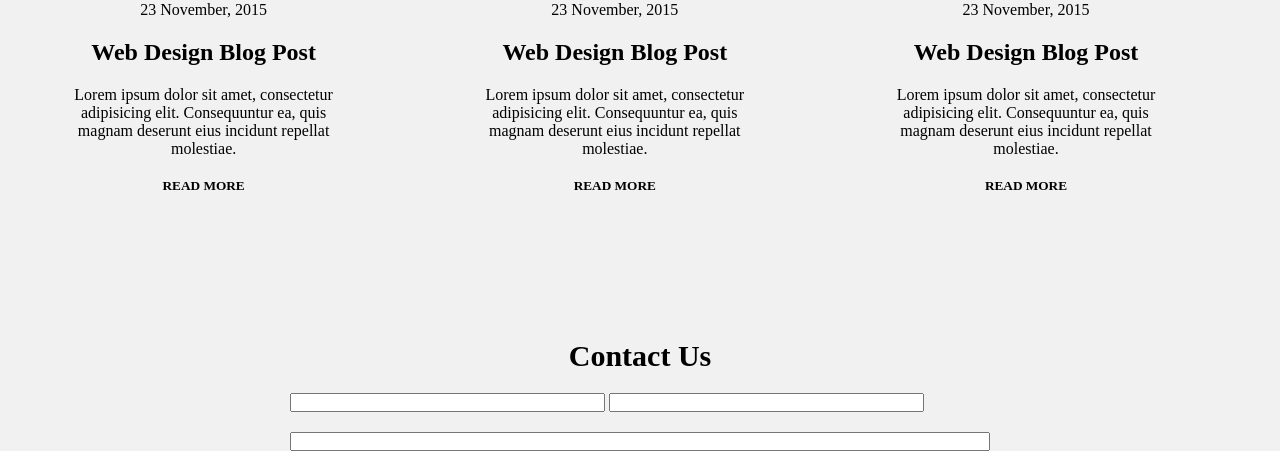
Repository: Ahmedalid/New-project
Page: Rout/index.html
An editor plug-in stored every save of this project. The page is shown before and after a run of saves, followed by the edit.
The browser window is 1280 px wide. The pictures show the part of the page from y = 3461 to 3923 px (the page is 3912 px tall before and 3923 px after).
A picture or video elsewhere on the page could not be fetched, so the positions and the page height are approximate.

Above is the page before, as saved 2023-05-24 19:50:11.

### Rout/index.html
<!DOCTYPE html>
<html lang="en">

<head>
    <meta charset="UTF-8">
    <meta http-equiv="X-UA-Compatible" content="IE=edge">
    <meta name="viewport" content="width=device-width, initial-scale=1.0">
    <link rel="stylesheet" href="https://cdnjs.cloudflare.com/ajax/libs/font-awesome/6.4.0/css/all.min.css">
    <link rel="stylesheet" href="css/style.css">
    <title>Document</title>
</head>

<body>
    <div class="bg-img" style="background-image: url(img/slider-02.jpg);">

        <div class="container pt">
            <div class="header-nav logo-nav">
                <h2>Fokir</h2>
            </div>
            <div class="header-nav">
                <ul>
                    <li><span class="nav-home">Home</span></li>
                    <li>About</li>
                    <li>Services </li>
                    <li>Portfolio</li>
                    <li>Testimonial</li>
                    <li>Blog </li>
                    <li>Contact</li>


                </ul>

            </div>
        </div>
        <div class="auto container">
            <h4 class="mt">Hello i'm</h4>
            <h1 class="mt">ALEX SMITH</h1>
            <p class="mt">Professional Web DesignerDesignerDeveloper</p>
        </div>

    </div>
    <div class="section-mt">
        <div class="section-2 container ">
            <div class="element-1">
                <span>
                    <img src="img/work-7.jpg" alt="Work-7">
                </span>
            </div>
            <div class="element-1">
                <h1><span>I</span>HELLO,</h1>
                <p class="mt">
                    Lorem ipsum dolor sit amet, consectetur adipisicing elit, sed do eiusmod tempor incididunt ut labore
                    et dolore magna aliqua. Ut enim ad minim veniam, quis nostrud exercitation ullamco laboris nisi ut
                    aliquip ex ea commodo consequat. Duis aute irure dolor in reprehenderit in voluptate velit esse
                    cillum dolore eu fugiat nulla pariatur. Excepteur sint occaecat cupidatat non proident, sunt in
                    culpa qui officia deserunt mollit anim id est laborum.
                </p>
                <div class="mt border"> </div>
                <div class="Name mt">
                    <div class="mt">Name: Rdam smith</div>
                    <div class="mt">Age: 26 Year</div>
                    <div class="mt">Freelance: Available</div>
                </div>
                <div class="Name mt">
                    <div class="mt">Job Title: UI/UX Designe</div>
                    <div class="mt">Location: United States, US</div>
                    <div class="mt">E-mail: example@gmail.com</div>
                </div>
                <div class="mt">
                    <button class="btn">Download CV <span><i class="fa fa-download"
                                aria-hidden="true"></i></span></button>

                    <button class="btn">Hire My <span><i class="fa fa-paper-plane"
                                aria-hidden="true"></i></span></button>
                </div>


            </div>
        </div>
    </div>
    <!-- section-3 -->
    <div class="section-bg">
        <section class="section-mt  ">
            <h1 class="pt">Our Services</h1>
            <div class="mt ">
                <div class="Services text-center">
                    <span class="mt"><i class="fa-solid fa-pen text-color"></i></span>
                    <h2 class="mt">UI/UX DESIGN</h2>
                    <p class="mt"> Lorem ipsum dolor sit amet, consectetur adipisicing elit. Ratione adipisci mollitia
                        quis
                        necstatibus.</p>
                </div>
                <div class="Services text-center">
                    <span class="mt"><i class="fa-solid fa-pen text-color"></i></span>
                    <h2 class="mt">APP DEVELOPMENT</h2>
                    <p class="mt"> Lorem ipsum dolor sit amet, consectetur adipisicing elit. Ratione adipisci mollitia
                        quis
                        necstatibus.</p>
                </div>
                <div class="Services text-center">
                    <span class="mt"><i class="fa-solid fa-pen text-color"></i></span>
                    <h2 class="mt">PRODUCT DESIGN</h2>
                    <p class="mt"> Lorem ipsum dolor sit amet, consectetur adipisicing elit. Ratione adipisci mollitia
                        quis
                        necstatibus.</p>
                </div>
                <div class="Services text-center">
                    <span class="mt"><i class="fa-solid fa-pen text-color"></i></span>
                    <h2 class="mt">UI/UX DESIGN</h2>
                    <p class="mt"> Lorem ipsum dolor sit amet, consectetur adipisicing elit. Ratione adipisci mollitia
                        quis
                        necstatibus.</p>
                </div>

            </div>
        </section>
    </div>
    <!-- section-4 -->
    <div class="">
        <section class="section-mt  ">
            <h1 class="pt">Our Portfolio</h1>
            <div class="text-center">
                <p class="p-Our">All</p>
                <p class="p-Our">GRAPHIC</p>
                <p class="p-Our">WEB DESIGN</p>
                <p class="p-Our">PRADNIG</p>
            </div>
            <div class="mt container">
                <div class="Portfolio text-center">
                    <span>
                        <img src="img/1.jpg" alt="">
                    </span>
                </div>
                <div class="Portfolio text-center">
                    <span>
                        <img src="img/2.jpg" alt="">
                    </span>
                </div>
                <div class="Portfolio text-center">
                    <span>
                        <img src="img/3.jpg" alt="">
                    </span>
                </div>
                <div class="Portfolio text-center">
                    <img src="img/5.jpg" alt="">
                </div>
                <div class="Portfolio text-center">
                    <img src="img/4.jpg" alt="">
                </div>
                <div class="Portfolio text-center">
                    <img src="img/6.jpg" alt="">
                </div>

            </div>
        </section>
    </div>

    <div class="section-bg">
        <section class="section-mt  ">
            <div class="mt ">
                <div class="Services text-center">
                    <span class="mt"><i class="fa-solid fa-pen text-color"></i></span>
                    <h2 class="mt">7</h2>
                    <p class="mt">Lorem, ipsum dolor.</p>
                </div>
                <div class="Services text-center">
                    <span class="mt"><i class="fa-solid fa-pen text-color"></i></span>
                    <h2 class="mt">9</h2>
                    <p class="mt"> Lorem ipsum dolor sit..</p>
                </div>
                <div class="Services text-center">
                    <span class="mt"><i class="fa-solid fa-pen text-color"></i></span>
                    <h2 class="mt">5</h2>
                    <p class="mt">Lorem ipsum dolor sit..</p>
                </div>
                <div class="Services text-center">
                    <span class="mt"><i class="fa-solid fa-pen text-color"></i></span>
                    <h2 class="mt">7</h2>
                    <p class="mt"> Lorem, ipsum dolor.</p>
                </div>

            </div>
        </section>
    </div>
    <section class="section-mt">
        <h1 class="text-center">Client's Feedback</h1>
        <div class="text-center mt">
            <img src="img/2 (1).jpg" alt="" class="w-3">
        </div>
    </section>
    <div class="section-bg">
        <section class="section-mt  ">
            <h1 class="pt">Our Blog</h1>
            <div class="mt ">
                <div class="Blog text-center">
                    <span class="mt">
                        <img src="img/1 (1).jpg" alt="">
                    </span>
                    <p class="mt">23 November, 2015</p>
                    <h2 class="mt"> Web Design Blog Post </h2>
                    <p class="mt">Lorem ipsum dolor sit amet, consectetur adipisicing elit. Consequuntur ea, quis magnam deserunt
                        eius incidunt repellat molestiae.</p>
                        <h5 class="mt">READ MORE </h5>


                </div>
                <div class="Blog text-center">
                    <span class="mt">
                        <img src="img/1 (1).jpg" alt="">
                    </span>
                    <p class="mt">23 November, 2015</p>
                    <h2 class="mt"> Web Design Blog Post </h2>
                    <p class="mt">Lorem ipsum dolor sit amet, consectetur adipisicing elit. Consequuntur ea, quis magnam deserunt
                        eius incidunt repellat molestiae.</p>
                        <h5 class="mt">READ MORE </h5>


                </div>
                <div class="Blog text-center">
                    <span class="mt">
                        <img src="img/1 (1).jpg" alt="">
                    </span>
                    <p class="mt">23 November, 2015</p>
                    <h2 class="mt"> Web Design Blog Post </h2>
                    <p class="mt">Lorem ipsum dolor sit amet, consectetur adipisicing elit. Consequuntur ea, quis magnam deserunt
                        eius incidunt repellat molestiae.</p>
                        <h5 class="mt">READ MORE </h5>


                </div>



            </div>
        </section>
        <section class="section-mt">
            <div class="text-center">
                <h1>Contact Us</h1>

            </div>
            <div class="Contact">
                <div class="mt">
                    <input type="text" class="w-5" name="" id="">
                <input type="text" name="" id="" class="w-5 input-l">
                <input type="text" class="w-10 mt" name="" id="">
                </div>
            </div>
        </section>
    </div>
</body>

</html>

### Rout/css/style.css
*{
    margin: 0;
    padding: 0;
    box-sizing: border-box;
}
.container{
    margin: auto 111px;
}
.bg-img{
    background-repeat: no-repeat;
    background-size: cover;
    height: 100vh;
}
.header-nav{
    display: inline-block;
    width: 49%;
    color: white;
}
.pt{
    padding-top: 25px;
}
.mt{
    margin-top: 20px;
}
.logo-nav h2{
    color: #ff305b;
    font-weight: bold;
    cursor: pointer;
    transition: 1.5s;
}
.logo-nav h2:hover{
    text-decoration: underline;
}
.header-nav ul li{
    display: inline-block;
    padding-left: 17px;
}
.nav-home{
    color: #ff305b;
}
.header-nav ul li:hover{
    text-decoration: underline;
    color: #ff305b;
    cursor: pointer;
}
.auto{
    /* margin: auto; */
    padding-top: 230px;
    color: white;
    text-align: center;
    font-weight: bold;
}
.element-1{
    display: inline-block;
    width: 49%;
    vertical-align: top;
}
.element-1 h1 span{
    color: #ff305b;
}
.border{
    border: dotted 1px black;
}
.Name{
    display: inline-block;
    width: 48%;
}
.section-mt{
    margin-top: 30px;
}
.btn{
    border: none;
    outline: none;
    background-color: #ff305b;
    color: white;
    padding: 12px;
    border-radius: 10px;
    cursor: pointer;
    transition: 0.5s;
}
.btn:hover{
    background-color: #ec2403;
}
.btn span i{
    margin-left: 7px;
}
.section-mt h1{
    text-align: center;
    font-size: 30px;
    font-weight: bold;
    padding-top: 100px;
}
.section-bg{
    background-color: #f1f1f1;

}
.Services{
    margin: auto 50px;
    display: inline-block;
    width: 15%;
    padding: 15px;
    cursor: pointer;
    transition: width 2s;
}
.text-color{
    color: #ff305b;
}
.text-center{
    text-align: center;
}
.Services:hover{
    background-color: white;
    width: 20%;

}

.Portfolio{
    /* margin: auto 50px; */
    display: inline-block;
    width: 33%;
    /* padding: 15px; */
    cursor: pointer;
    transition: width 2s;
}
img{
    width: 100%;
}
.p-Our{
    display: inline-block;
    text-align: center;
    margin-top: 15px;
    padding-left: 20px;
    transition: all 0.5s;
    cursor: pointer;
}
.p-Our:hover{
    border-bottom: 1px solid #ff305b;
}
.w-3{
    width: 30%;
}
.Blog{
    margin: auto 50px;
    display: inline-block;
    width: 24%;
    padding: 15px;
    cursor: pointer;
    transition: width 2s;
}
.Contact{
    margin: auto 290px;
}
.w-5{
    width: 45%;
}
.h-input{
    height: 30px;
}
.w-10{
    width: 100%;
}
.input-l{
    /* margin-left: 250px; */
}

After the next 3 saves:
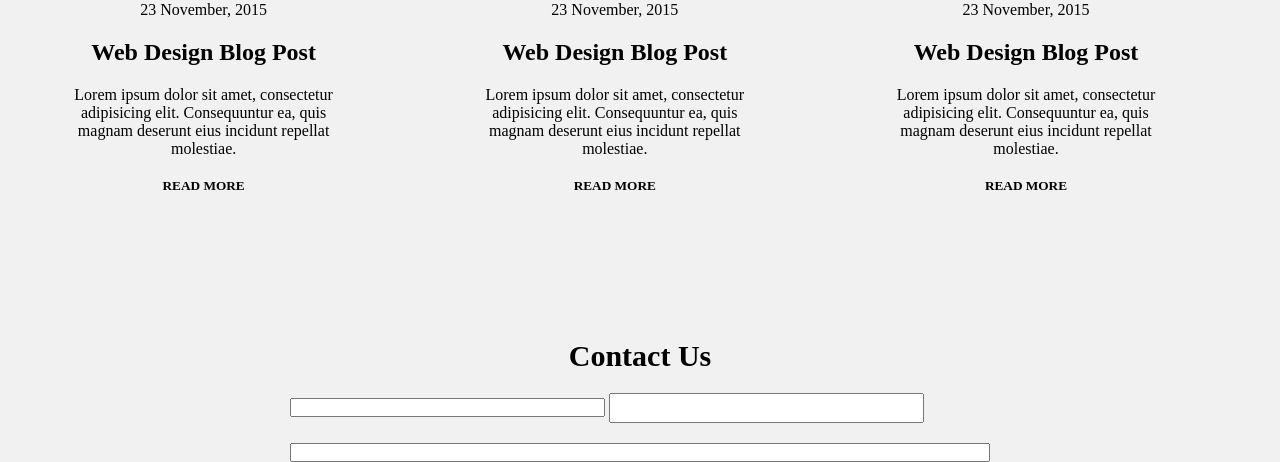
The 3 saves are shown as one change because they came seconds apart.
The last was saved 11 s later.
--- a/Rout/index.html
+++ b/Rout/index.html
@@ -241,7 +241,7 @@
             <div class="Contact">
                 <div class="mt">
                     <input type="text" class="w-5" name="" id="">
-                <input type="text" name="" id="" class="w-5 input-l">
+                <input type="text" name="" id="" class="w-5 input-l h-input">
                 <input type="text" class="w-10 mt" name="" id="">
                 </div>
             </div>
